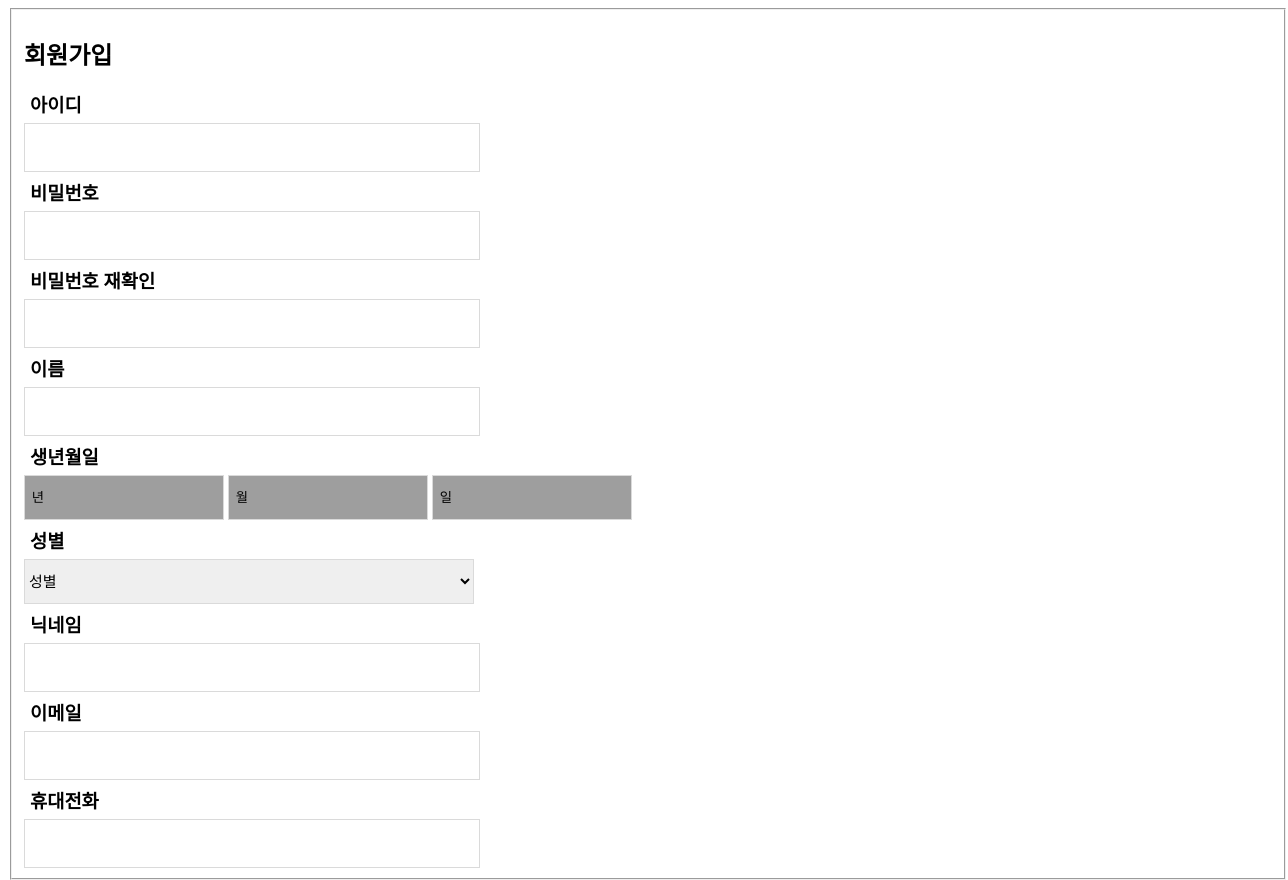
Repository: agheha/trillion
Page: YH/login/login.html
An editor plug-in stored every save of this project. The page is shown before and after the next save, followed by the edit.
The browser window is 1280 px wide. The page is 1288 px wide, so the pictures cover 1288 px, including what lies to the right of the window. The pictures show the whole page.
Pictures or frames that could not be fetched are drawn as grey boxes.

Above is the page before, as saved 2019-09-03 18:36:35.

After the next save:
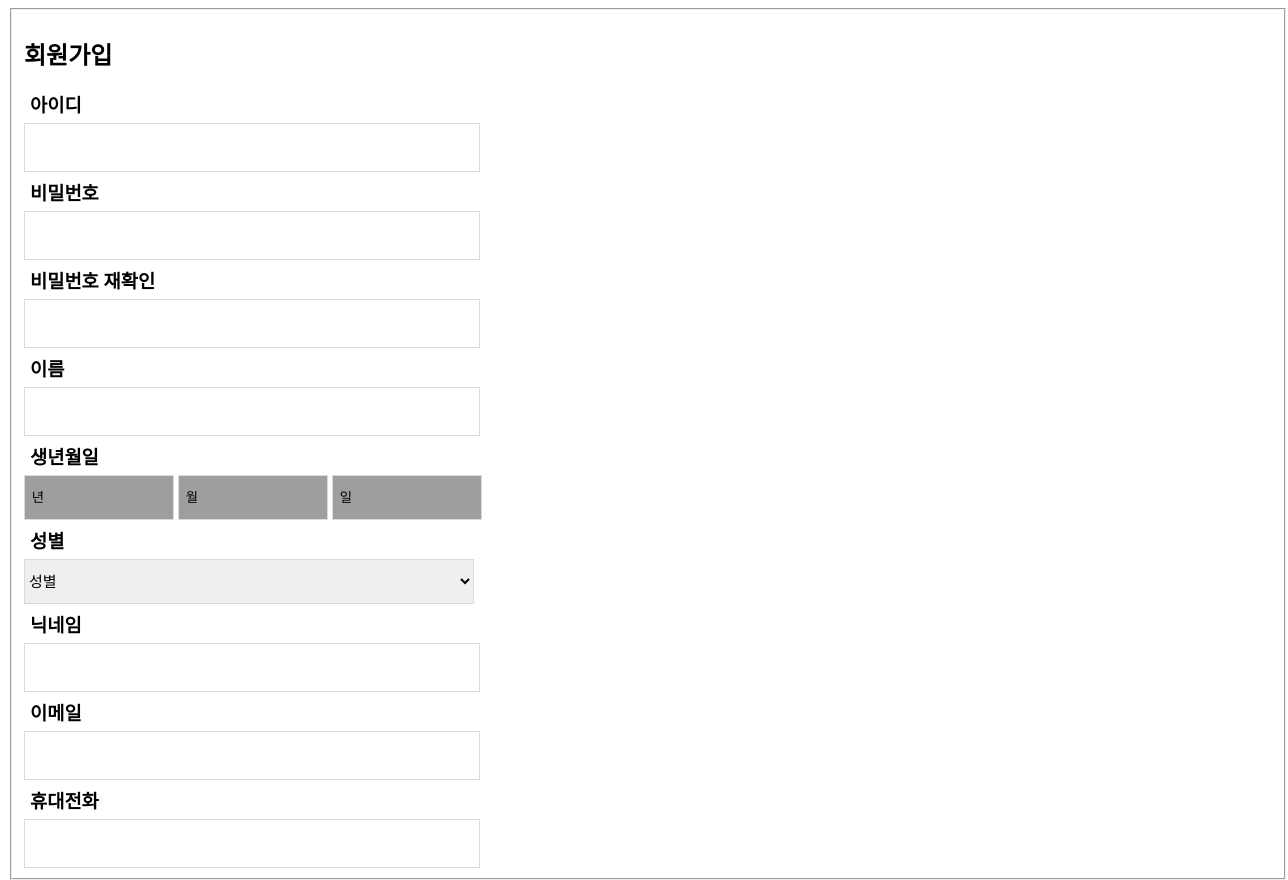
Saved 12 s later.
--- a/YH/login/login.css
+++ b/YH/login/login.css
@@ -20,7 +20,6 @@ input{
     width: 150px;
     height: 45px;
     border: 1px solid #dadada;
-    width: 200px;
     padding: .8em .5em;
     font-family: inherit;
     background: url('arrow.jpg') no-repeat 95% 50%;
